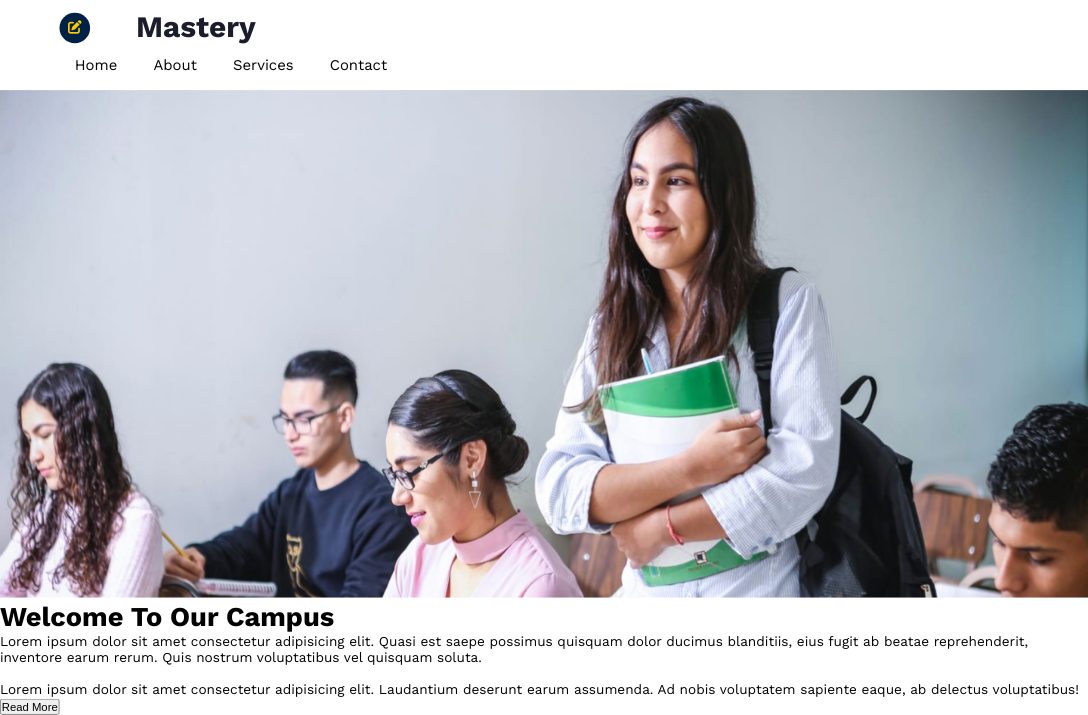
Repository: giahuy405/BC38__Mastery__Pham_Gia_Huy
Page: index.html
The author's editor kept a copy of each file at every save. The page is drawn from the files as they stood at one save, then again after the next save.
The browser window is 1280 px wide. The pictures show the whole page, at 85% of full size.

Above is the page before, as saved 2022-09-09 16:40:27.

### index.html
<!DOCTYPE html>
<html lang="en">
<head>
    <meta charset="UTF-8">
    <meta http-equiv="X-UA-Compatible" content="IE=edge">
    <meta name="viewport" content="width=device-width, initial-scale=1.0">
    <title>Document</title>
    <link href="https://fonts.googleapis.com/css2?family=Montserrat:wght@300;400;500;700;900&family=Work+Sans:wght@300;400;500;700&display=swap" rel="stylesheet">
    <link rel="stylesheet" href="https://cdnjs.cloudflare.com/ajax/libs/font-awesome/6.2.0/css/all.min.css">
    <link rel="stylesheet" href="./index.css">
</head>
<body>
    <header>
        <div class="container">
            <i class="fa-solid fa-pen-to-square"></i>
            <div class="header__title">
                <h1>Mastery</h1>
            </div>
        </div>
    </header>
    <nav>
        <div class="container">
            <ul>
                <li><div class="wrapper"><span class="square individual"><a class="ninth before after"  href="#">Home</a></span></div></li>
                <li><div class="wrapper"><span class="square individual"><a class="ninth before after"  href="#">About</a></span></div></li>
                <li><div class="wrapper"><span class="square individual"><a class="ninth before after"  href="#">Services</a></span></div></li>
                <li><div class="wrapper"><span class="square individual"><a class="ninth before after"  href="#">Contact</a></span></div></li>
            </ul>
        </div>
    </nav>
    <div class="carousel">
        <img src="./img/carousel__website.png" alt="">
    </div>
    <div class="welcome">
        <div class="welcome__content">
            <h1>Welcome To Our Campus</h1>
            <p>Lorem ipsum dolor sit amet consectetur adipisicing elit. Quasi est saepe possimus quisquam dolor ducimus blanditiis, eius fugit ab beatae reprehenderit, inventore earum rerum. Quis nostrum voluptatibus vel quisquam soluta.</p>
            <br>
            <p>Lorem ipsum dolor sit amet consectetur adipisicing elit. Laudantium deserunt earum assumenda. Ad nobis voluptatem sapiente eaque, ab delectus voluptatibus!</p>
            <button>Read More</button>
        </div>
        <div class="welcome__img">

        </div>
        <div class="clear"></div>
    </div>


</body>
</html>

### index.css
*{
    padding: 0;
    margin: 0;
    box-sizing: border-box;
}
.clear{
    clear: both;
}
html{
    font-size: 16px;
    font-family: 'Work Sans', sans-serif;
}
.container{
    width: 1140px;
    margin: 0 auto;
}
header{
    position: relative;
    margin-top: 15px;
}
.header__title{
    display: inline-block;
     position: absolute;
     top: -4px;
    left: 160px;
}
.header__title h1{
    font-size: 35px;
    color: #1b1d2d;
}
header i{
    background-color: #002146;
    height: 36px;
    width: 36px;
    border-radius: 50%;
    color: #fdc800;
    text-align: center;
    padding-top: 9px;

}
nav ul{
    list-style: none;
    margin-top: 15px;
    margin-left: 18px;

}
nav li{
    display: inline;
    margin-right: 30px;
}

 /* Hiệu ứng hover cho Nav */
.wrapper{
    margin:2em 0;
    display: inline;
    font-size: 7px;
  }
a,a:visited,a:hover,a:active{
    -webkit-backface-visibility:hidden;
            backface-visibility:hidden;
      position:relative;
    transition:0.5s color ease;
      text-decoration:none;
      color:black;
      font-size:2px;
}
a:hover{
    color:#fdc800;
}
a.before:before,a.after:after{
content: "";
transition:0.5s all ease;
-webkit-backface-visibility:hidden;
        backface-visibility:hidden;
position:absolute;
}
a.before:before{
top:-0.25em;
}
a.after:after{
bottom:-0.25em;
}
a.before:before,a.after:after{
height:5px;
height:0.2rem;
width:0;
background:#fdc800;
}
a.first:after{
left:0;
}
a.second:after{
right:0;
}
a.third:after,a.sixth:before,a.sixth:after{
left:50%;
-webkit-transform:translateX(-50%);
        transform:translateX(-50%);
}
a.fourth:before,a.fourth:after{
left:0;
}
a.fifth:before,a.fifth:after{
right:0;
}
a.seventh:before{
right:0;
}
a.seventh:after{
left:0;
}
a.eigth:before{
left:0;
}
a.eigth:after{
right:0;
}
a.before:hover:before,a.after:hover:after{
width:100%;
}
.square{
box-sizing:border-box;
margin-left:-0.4em;
position:relative;
font-size:2.5em;
overflow:hidden;
}
.square a{
position:static;
font-size:100%;
padding:0.2em 0.4em;
}
.square:before,.square:after{
content: "";
box-sizing:border-box;
transition:0.25s all ease;
-webkit-backface-visibility:hidden;
        backface-visibility:hidden;
position:absolute;
width:5px;
width:0.2rem;
height:0;
background:#fdc800;
}
.square:before{
left:0;
bottom:-0.2em;
}
.square.individual:before{
transition-delay:0.6s;
}
.square:after{
right:0;
top:-0.2em;
}
.square.individual:after{
transition-delay:0.2s;
}
.square a:before{
left:0;
transition:0.25s all ease;
}
.square a:after{
right:0;
transition:0.25s all ease;
}
.square.individual a:after{
transition:0.25s all ease 0.4s;
}
.square:hover:before,.square:hover:after{
height:calc(100% + 0.4em);
}
.square:hover a:before,.square:hover a:after{
width:100%;
}
.carousel{
    width: 100%;
    margin-top: 20px;
}
.carousel img{
max-width: 100%;
height: 597px;
}
.welcom__content,.welcom__img{
    width: 50%;
    float: left;
}

After the next save:
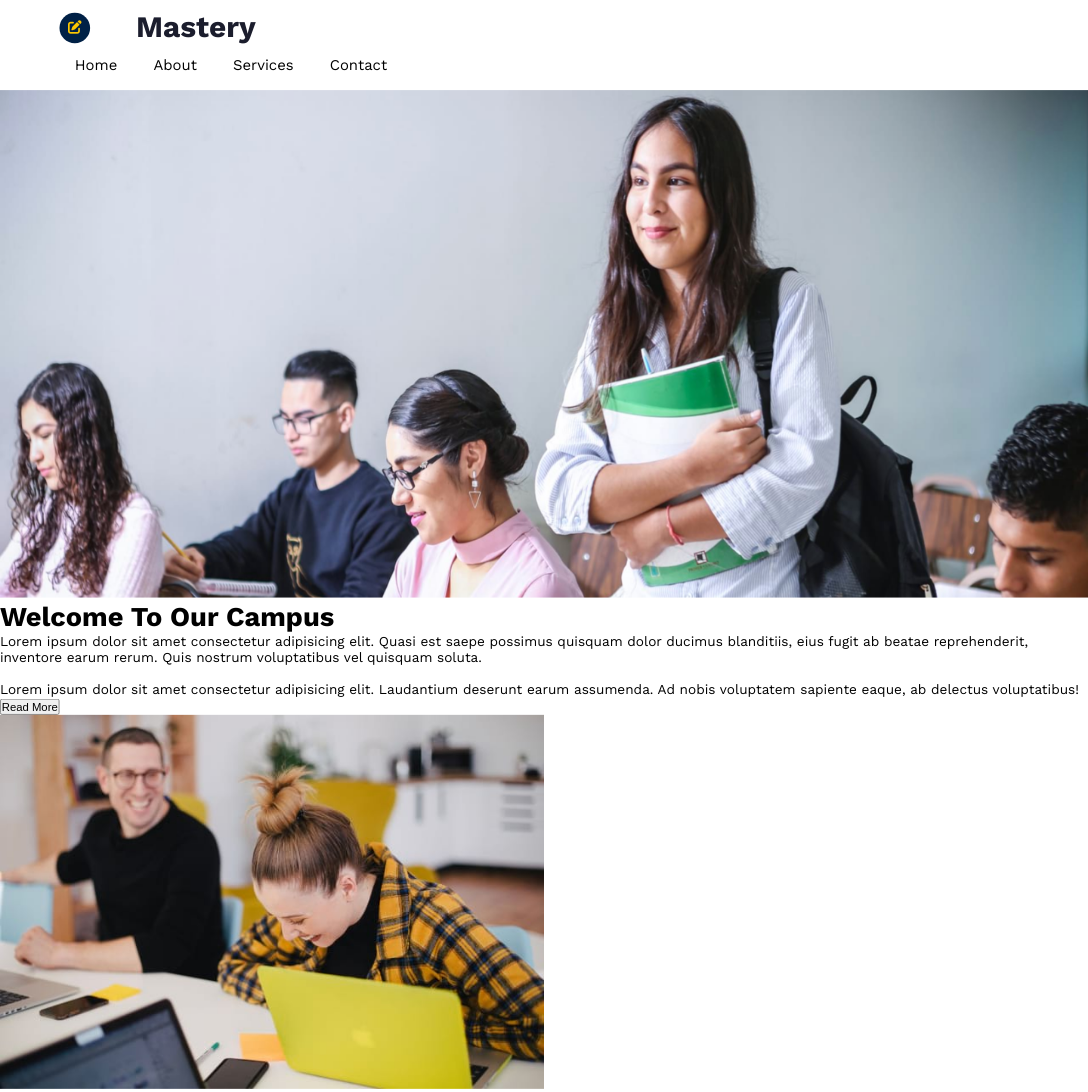
Saved 30 s later.
--- a/index.html
+++ b/index.html
@@ -40,7 +40,7 @@
             <button>Read More</button>
         </div>
         <div class="welcome__img">
-
+            <img src="./img/g1.jpg" alt="">
         </div>
         <div class="clear"></div>
     </div>
